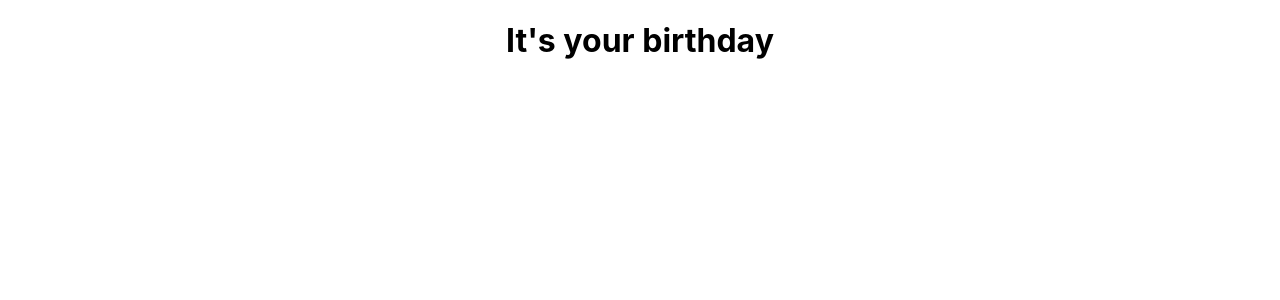
Repository: David-Waite/HannahsBirthdayWebsite
Page: /
An editor plug-in stored every save of this project. The page is shown before and after the next save, followed by the edit.
The browser window is 1280 px wide. The pictures show the whole page.
The project was rebuilt for these pictures with package versions that can differ from the ones it lists, and the page was loaded fresh each time.

Above is the page before, as saved 2023-03-30 16:53:00.

### src/App.js
import "./App.css";

function App() {
  return (
    <div className="App">
      <h1>It's your birthday</h1>
    </div>
  );
}

export default App;

Loaded but not shown: public/index.html (common file); src/index.js (common file); src/index.css (common file); src/reportWebVitals.js (common file); src/App.css (common file)

After the next save:
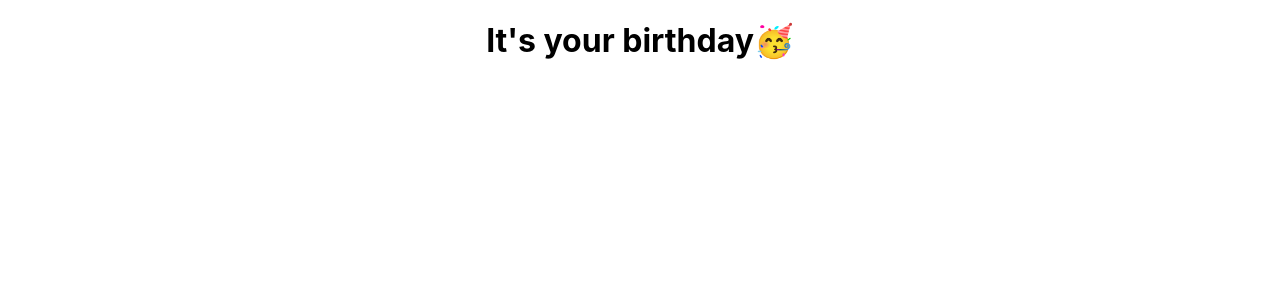
Saved 25 s later.
--- a/src/App.js
+++ b/src/App.js
@@ -3,7 +3,7 @@ import "./App.css";
 function App() {
   return (
     <div className="App">
-      <h1>It's your birthday</h1>
+      <h1>It's your birthday🥳</h1>
     </div>
   );
 }
